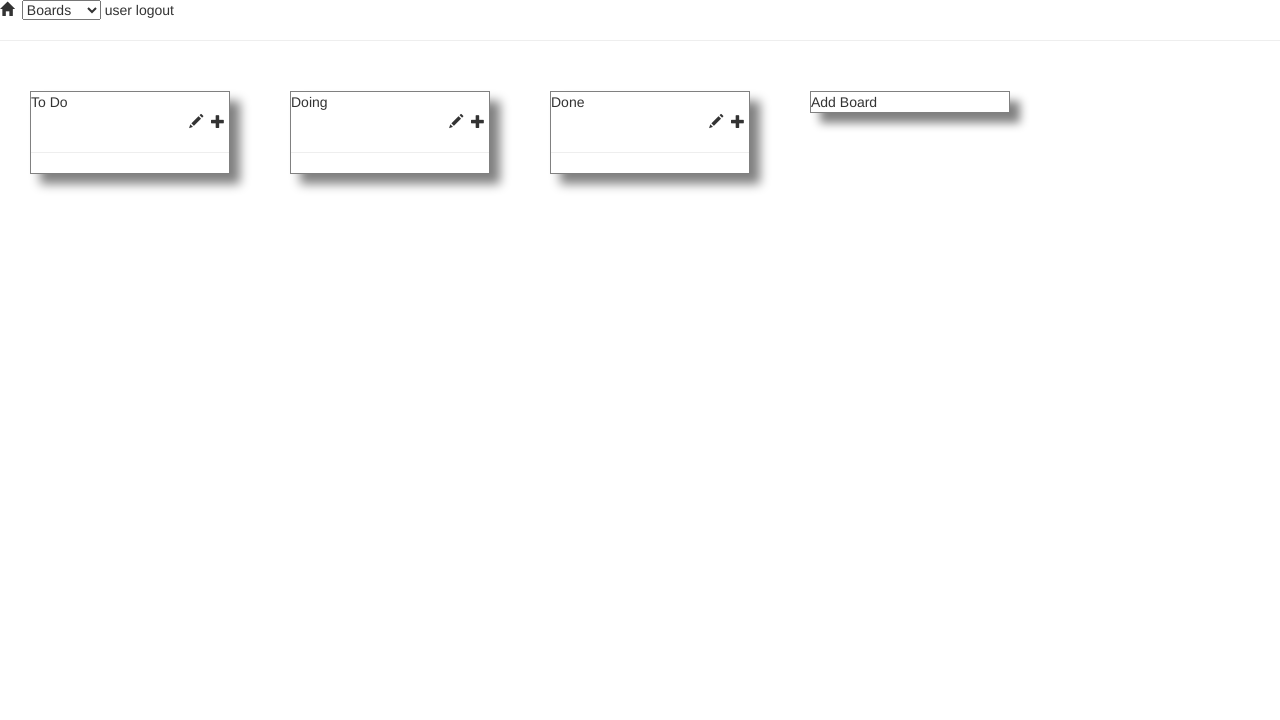
Repository: KIM-KYOUNG-OH/bitcamp-window
Page: Note/WebContent/front/note.html
These files come from the project's save history. The page is drawn as it stood at one moment and after the next save; the edit follows.
The browser window is 1280 px wide. The pictures show the whole page.

Above is the page before, as saved 2020-10-30 04:25:47.

### Note/WebContent/front/note.html
<!DOCTYPE html>
<html>
<head>
<meta charset="UTF-8">
<title>Insert title here</title>
<!-- Latest compiled and minified CSS -->
<link rel="stylesheet" href="https://maxcdn.bootstrapcdn.com/bootstrap/3.4.1/css/bootstrap.min.css">

<!-- jQuery library -->
<script src="https://ajax.googleapis.com/ajax/libs/jquery/3.5.1/jquery.min.js"></script>

<!-- Latest compiled JavaScript -->
<script src="https://maxcdn.bootstrapcdn.com/bootstrap/3.4.1/js/bootstrap.min.js"></script>
<script src="https://code.jquery.com/jquery-3.5.0.js"></script>

<style type="text/css">
	div.boards{
		float: left;
		margin: 30px;
		border: 1px solid gray;
		box-shadow: 10px 10px 10px grey;
		width: 200px;
	}

	.board_title{
		display: none;
	}

	.icon{
		text-align: right;
	}

	.add_data:hover{
		cursor: pointer;
		font-weight: bold;
		color: green;
	}

	#dialog-form>form{
		position: absolute;
		left: 100px;
		top: 100px;
		width: 300px;
		height: 700px;
		border: 1px solid black;
		background-color: white;
		z-index: 10;
		padding: 10px;
	}

	#update-form>form{
		position: absolute;
		left: 100px;
		top: 100px;
		width: 300px;
		height: 700px;
		border: 1px solid black;
		background-color: white;
		z-index: 10;
		padding: 10px;
	}

	div.lst:hover{
		background-color: rgb(211,211,211);
		cursor: pointer;

	}

	div.lst{
		margin: 5px;
	}

	img.imgs{
		width: 188px;
	}

</style>
</head>
<script type="text/javascript">
$(function(){
	$("#dialog-form").hide();
	$('#update-form').hide();
	showDatas();

	$("#create_data").click(function(){
		$("#dialog-form").show();
	});

	// 노트 추가
	$("#btnadd").click(function(){
		var title = $("#title").val();
		var description = $("#description").val();
		var commention = $("#comment").text();
		var imageValue = $("#image").val().split("\\");
		var image = "../image/"+imageValue[imageValue.length-1];
		alert(image);
		var dueDate = $("#dueDate").val();
		$.ajax({
			type:'get',
			url:'./insertdata.jsp',
			datatype:'html',
			data:{"title":title,"description":description,"commention":commention,
				"image":image,"dueDate":dueDate},
			success:function(data){

				showDatas();
				$("#title").val('');
				$("#description").val('');
				$("#comment").val('');
				$("#image").val('');
				$("#dueDate").val('');
				$("#dialog-form").hide();
			}
		});
	});

	// insert폼창 닫기
	$("#btncancel").click(function(){
		$("#title").val('');
		$("#description").val('');
		$("#comment").val('');
		$("#image").val('');
		$("#dueDate").val('');
		$("#dialog-form").hide();
	});

	// 데이터 클릭시 form창 열기
	$(document).one('click', 'div.lst', function(data) {
		$('#update-form').show();
		var num = $(this).attr("num");
		showFormData(num);
	})

	// update폼창 닫기
	$('#up_btncancel').click(function(){
		$("#up_title").val('');
		$("#up_description").val('');
		$("#up_comment").val('');
		$("#up_image").val('');
		$("#up_dueDate").val('');
		$('#update-form').hide();
	});

	// update
	$("#btnupdate").click(function(){

		updateData();
		$("#up_title").val('');
		$("#up_description").val('');
		$("#up_comment").val('');
		$("#up_image").val('');
		$("#up_dueDate").val('');
		$('#update-form').hide();
	});
});

function updateData(){
	$.ajax({
		type: 'get',
		url: './updatedata.jsp',
		dataType: 'html',
		data:{"num":num,"title":title,"description":description,"commention":commention,
			"image":image,"dueDate":dueDate},
		success:function(data){

		}
	});
}

function showFormData(num){
	$.ajax({
		type: 'post',
		url: "./getdata.jsp",
		dataType:'json',
		data:{"num":num},
		success:function(data){
			$("#up_title").attr('num',data.num);
			$("#up_title").val(data.title);
			$("#up_description").text(data.description);
			var s = data.commention;
			$("#up_comment").html(s);
			$("#up_image").val(data.image);
			$("#up_dueDate").val(data.dueDate);
		}
	});
}

function showDatas(){
	$.ajax({
		type: 'post',
		url: "./showdatas.jsp",
		dataType:'json',
		success:function(data){
			var s = '';
			$(data).each(function(i, elt) {
				s += "<div class='lst' num='"+elt.num+"'>";
				s += "<b>"+(i+1)+". <span id='key'>"+elt.title+ "</span></b><br>";
				if(elt.description){
					s += "<span class='glyphicon glyphicon-align-left'></span><br>";
				}
				if(elt.image){
					s += "<img class='imgs' src='"+elt.image+"'>";
				}
				s += "</div><hr>";
			});

			$("#datas").html(s);
		}
	});
}

</script>
<body>
<div id="dialog-form">
  <form>
	<fieldset>
	<h4 style='text-align: center;'><b>노트 추가</b></h4><br>
		<label>title</label><br>
		<input type="text" id="title" required="required" placeholder="노트명 입력"><br>
		<label>description</label><br>
		<textarea id="description" rows='8' cols='35'></textarea><br>
		<label>image</label>
		<input type="file" id="image"><br>
		<label>dueDate</label>
		<input type="date" id="dueDate"><br>
		<button id="btnadd" type="submit" class="btn btn-success">노트 추가</button>&nbsp;
		<button id="btncancel" class="btn btn-danger">cancel</button>
	</fieldset>
  </form>
</div>

<div id="update-form">
  <form>
	<fieldset>
	<h4 style='text-align: center;'><b>노트 정보</b></h4><br>
		<label>title</label><br>
		<input type="text" id="up_title" required="required" placeholder="노트명 입력"><br>
		<label>description</label><br>
		<textarea id="up_description" rows='8' cols='35'></textarea><br>
		<label>commention</label><br>
		<input type="text" id="up_input_comment" placeholder="코멘트 입력"><br>
		<div id="up_comment"></div><br>
		<label>image</label>
		<input type="file" id="up_image"><br>
		<label>dueDate</label>
		<input type="date" id="up_dueDate"><br>
		<button id="btnupdate" type="submit" class="btn btn-success">노트 수정</button>&nbsp;
		<button id="btndelete" type="submit" class="btn btn-warning">노트 삭제</button>&nbsp;
		<button id="up_btncancel" class="btn btn-danger">cancel</button>
	</fieldset>
  </form>
</div>

<div id='head'></div>
	<span class="glyphicon glyphicon-home"></span>&nbsp;
	<select>
		<option>Boards</option>
		<option>Calendar</option>
	</select>
	<span id='user'>user</span>
	<span>logout</span>
	<hr>
<div id='body'></div>
	<div class='boards'><input type="text" class='board_title'><span>To Do</span><br>
	<div class='icon'>
		<span class="glyphicon glyphicon-pencil"></span>&nbsp;
		<span class="add_data glyphicon glyphicon-plus" id='create_data'></span>&nbsp;
	</div><hr>
	<div id='datas' class='daaas'></div>
	</div>












	<div class='boards'><input type="text" class='board_title'><span>Doing</span><br>
	<div class='icon'>
		<span class="glyphicon glyphicon-pencil"></span>&nbsp;
		<span class="glyphicon glyphicon-plus"></span>&nbsp;
	</div>
	<hr></div>
	<div class='boards'><input type="text" class='board_title'><span>Done</span><br>
	<div class='icon'>
		<span class="glyphicon glyphicon-pencil"></span>&nbsp;
		<span class="glyphicon glyphicon-plus"></span>&nbsp;
	</div><hr>
	<div></div>
</div>
<div class='boards'>Add Board</div>

</body>
</html>

After the next save:
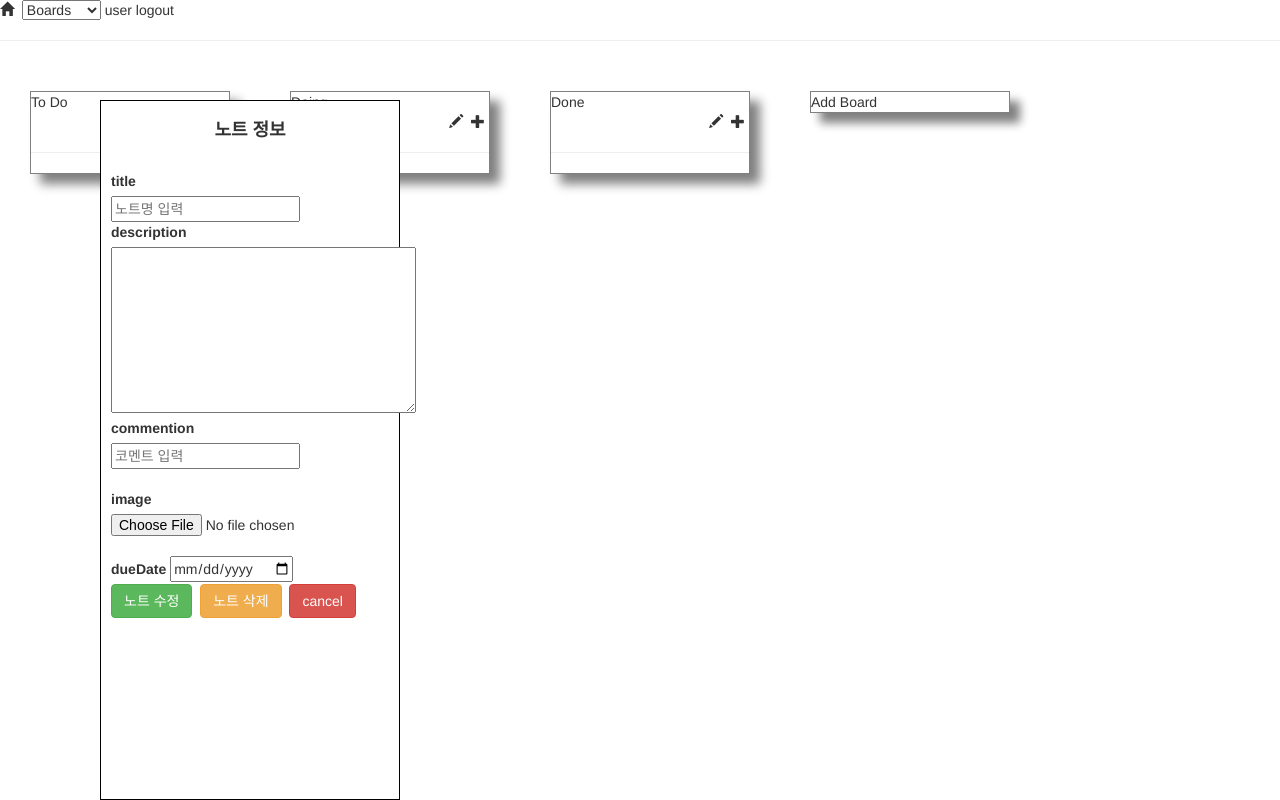
Console error: SyntaxError: Unexpected token '}'
Saved 4 min 11 s later.
--- a/Note/WebContent/front/note.html
+++ b/Note/WebContent/front/note.html
@@ -143,8 +143,19 @@
 
 	// update
 	$("#btnupdate").click(function(){
-
-		updateData();
+		var num = $("#up_title").attr('num').val();
+		var title = $("#uptitle").val();
+		var description = $("#up_description").text();
+		var commention = $("#up_comment").val();
+		var image = $("#up_image").val();
+		var dueDate = $("#up_dueDate").val();
+		console.log(num);
+		console.log(title);
+		console.log(description);
+		console.log(commention);
+		console.log(image);
+		console.log(dueDate);
+		updateData(num,title,description,commention,image,dueDate);
 		$("#up_title").val('');
 		$("#up_description").val('');
 		$("#up_comment").val('');
@@ -162,7 +173,7 @@
 		data:{"num":num,"title":title,"description":description,"commention":commention,
 			"image":image,"dueDate":dueDate},
 		success:function(data){
-
+			var
 		}
 	});
 }

After the 3 saves that followed:
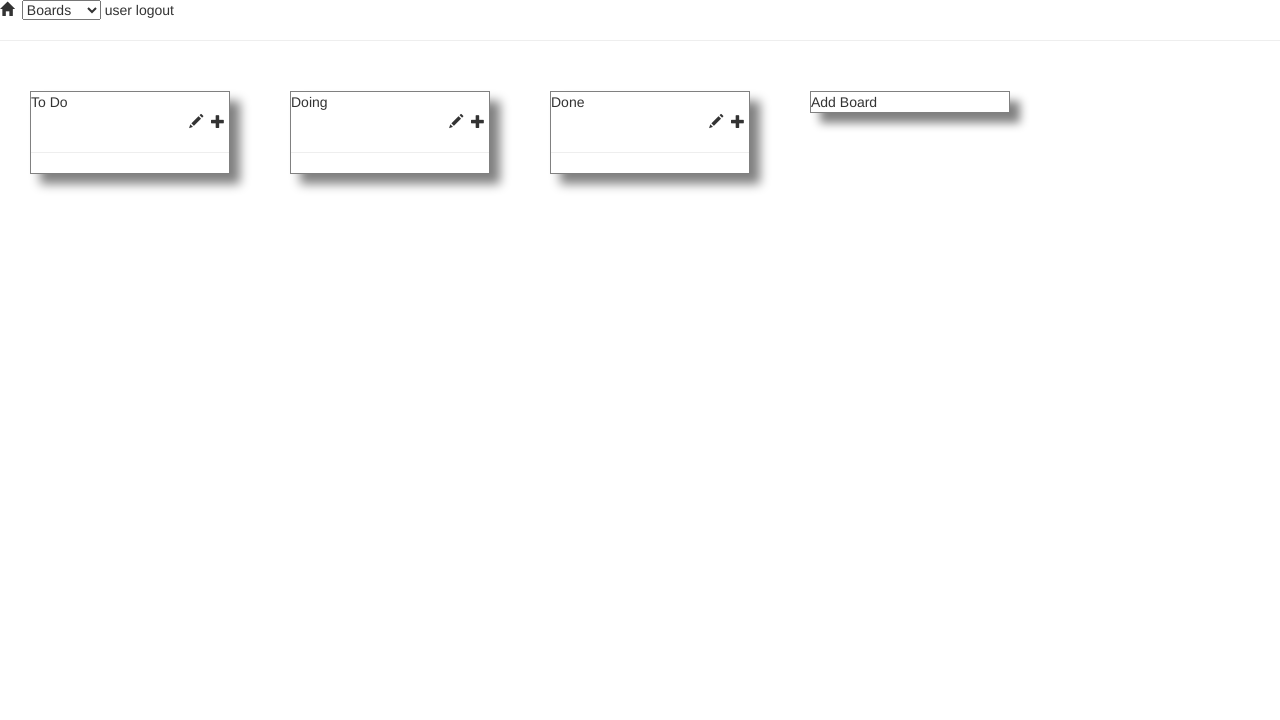
The error is gone.
The 3 saves are shown as one change because they came seconds apart.
The last was saved 16 s later.
--- a/Note/WebContent/front/note.html
+++ b/Note/WebContent/front/note.html
@@ -173,7 +173,7 @@
 		data:{"num":num,"title":title,"description":description,"commention":commention,
 			"image":image,"dueDate":dueDate},
 		success:function(data){
-			var
+
 		}
 	});
 }
